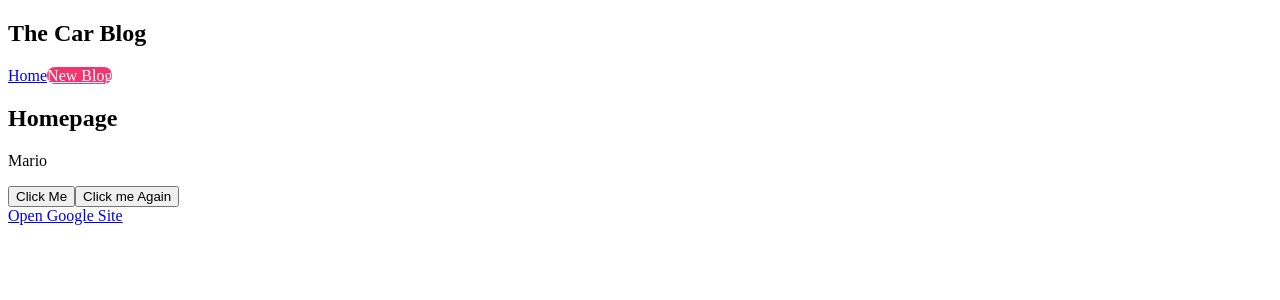
Repository: anuragkej/blogster
Page: /
An editor plug-in stored every save of this project. The page is shown before and after the next save, followed by the edit.
The browser window is 1280 px wide. The pictures show the whole page.
The project was rebuilt for these pictures with package versions that can differ from the ones it lists, and the page was loaded fresh each time.

Above is the page before, as saved 2024-08-27 00:37:38.

### src/index.css
@import url("https://fonts.googleapis.com/css2?family=Quicksand:wght@300;400;500;600;700&display=swap");

### src/App.js
import Navbar from "./Navbar";
import Home from "./Home";

function App() {
  const title = "Welcome to Blogster";
  const likes = 50;
  const link = "http://www.google.com";

  // react converts everything to string before outputting to browser, so don't need to worry about typecasting

  return (
    <div className="App">
      <Navbar></Navbar>
      <div className="content">
        <Home />

        <a href={link}>Open Google Site</a>
      </div>
    </div>
  );
}

export default App;

### src/Navbar.js
const Navbar = () => {
  return (
    <nav className="navbar">
      <h1>The Car Blog</h1>
      <div className="links">
        <a href="/">Home</a>
        <a
          href="/create"
          style={{
            color: "white",
            backgroundColor: "#f1356d",
            borderRadius: "8px",
          }}
        >
          New Blog
        </a>
      </div>
    </nav>
  );
};

export default Navbar;

### src/Home.js
const Home = (e) => {
  let name = "Mario";
  const handleClick = () => {
    console.log("hello, everyone", e);
  };

  return (
    <div className="home">
      <h2>Homepage</h2>
      <p>{name}</p>
      <button onClick={handleClick}>Click Me</button>
      <button onClick={(e) => handleClickAgain("Anurag", e)}>
        Click me Again
      </button>
    </div>
  );
};

export default Home;

Loaded but not shown: public/index.html (common file); src/index.js (common file)

After the next save:
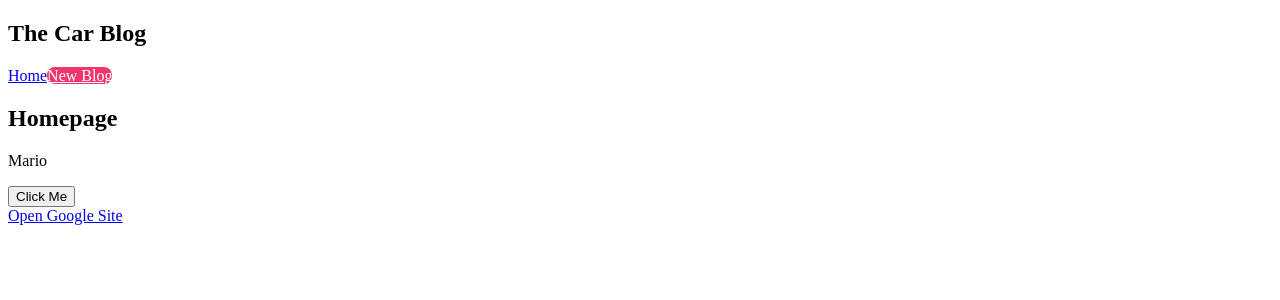
Saved 59 s later.
--- a/src/Home.js
+++ b/src/Home.js
@@ -9,9 +9,6 @@ const Home = (e) => {
       <h2>Homepage</h2>
       <p>{name}</p>
       <button onClick={handleClick}>Click Me</button>
-      <button onClick={(e) => handleClickAgain("Anurag", e)}>
-        Click me Again
-      </button>
     </div>
   );
 };
